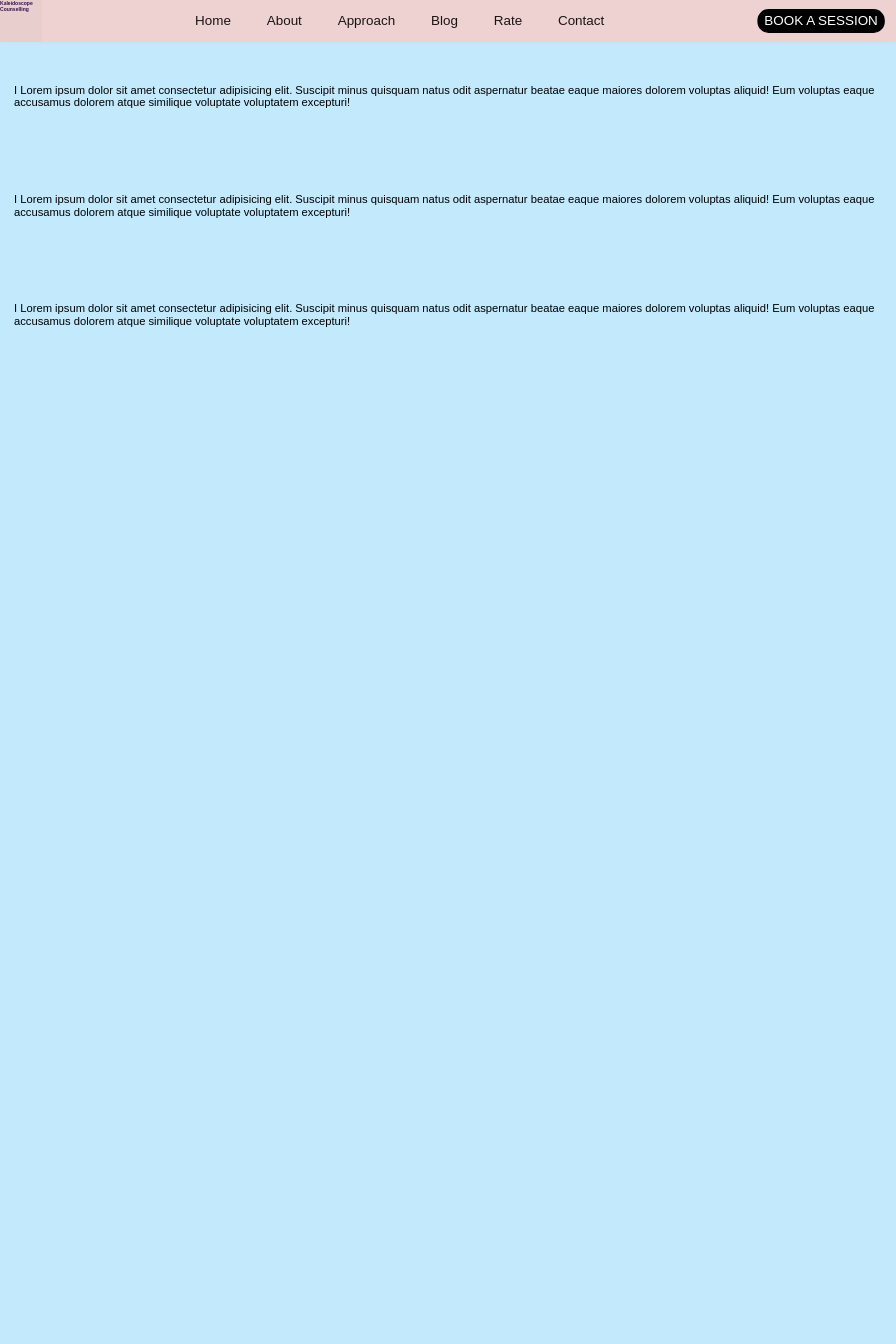
Repository: voutadi/ava-website
Page: index.html
These files come from the project's save history. The page is drawn as it stood at one moment and after the next save; the edit follows.
The browser window is 1280 px wide. The pictures show the part of the page from y = 0 to 1920 px (the page is 3120 px tall), at 70% of full size.

Above is the page before, as saved 2024-07-05 23:00:21.

### index.html
<!DOCTYPE html>
<html lang="en">
  <head>
    <meta charset="UTF-8" />
    <meta name="viewport" content="width=device-width, initial-scale=1.0" />
    <link rel="stylesheet" href="styles/style.css" />

    <title>Kaleidoscope Counselling</title>
  </head>
  <body>
    <header>
      <div class="logo-container">
        <div class="logo">
          Kaleidoscope <br />
          Counselling
        </div>
      </div>
      <nav class="navbar">
        <ul>
          <li><a href="#home">Home</a></li>
          <li><a href="#about">About</a></li>
          <li><a href="#approach">Approach</a></li>
          <li><a href="#blog">Blog</a></li>
          <li><a href="#rate">Rate</a></li>
          <li><a href="#contact">Contact</a></li>
        </ul>
      </nav>
      <button>BOOK A SESSION</button>
    </header>



    <p>
      I Lorem ipsum dolor sit amet consectetur adipisicing elit. Suscipit minus
      quisquam natus odit aspernatur beatae eaque maiores dolorem voluptas
      aliquid! Eum voluptas eaque accusamus dolorem atque similique voluptate
      voluptatem excepturi!
    </p>
    <p>
      I Lorem ipsum dolor sit amet consectetur adipisicing elit. Suscipit minus
      quisquam natus odit aspernatur beatae eaque maiores dolorem voluptas
      aliquid! Eum voluptas eaque accusamus dolorem atque similique voluptate
      voluptatem excepturi!
    </p>
    <p>
      I Lorem ipsum dolor sit amet consectetur adipisicing elit. Suscipit minus
      quisquam natus odit aspernatur beatae eaque maiores dolorem voluptas
      aliquid! Eum voluptas eaque accusamus dolorem atque similique voluptate
      voluptatem excepturi!
    </p>
  </body>
</html>

### styles/style.css
* {
  margin: 0;
  padding: 0;
  box-sizing: border-box;
}
body {
   background-color: #c3e9fd;
  height: 3000px;
  font-family: Arial, Helvetica, sans-serif;
  font-size: 1rem;
}
header {
  max-width: 100%; /*Make sure Take all of her parent element(body)on all different devices .*/
  height: 60px;
  position: fixed;
  top: 0;
  left: 0;
  right: 0;
  background-color: #eed2d2;

  display: flex;
  justify-content: space-between;
  align-items: center;

  box-shadow: 0 2px 4px rgba(243, 172, 172, 0.15); /* Adds a subtle shadow for depth, optional */
}
.logo-container {
  width: 60px;/* Put condition for smaller or biger divice*/


  background-color: #e9cece;
  height: 60px;
}
.logo {
  color: rgb(50, 21, 77);
  font-size: 0.45rem;
  font-weight: bold;
}

.navbar ul {
  display: flex;
  flex: 1;
  justify-content: center;
  list-style-type: none;
  flex-wrap: wrap;
}
.navbar li {
  display: flex;
  justify-content: end;
  margin: 1rem;
}
.navbar a {
  font-size: 20px;
  color: rgb(25, 20, 20);
  font-weight: 500;

  text-decoration: none;
}
.navbar a:hover {
  background-color: rgb(192, 175, 175);
  padding: 2px 4px;
  border-radius: 6px;
  transition: 0.15s;
}

.navbar a:active {
  background-color: rgb(176, 163, 163);




}

button {
  background-color: black;
  color: rgb(255, 255, 255);
  font-size: 1rem;
  padding: 8px 12px;
  margin-right: 1rem;
  border-width: 2px;
  border-style: solid;
  border-radius: 20px;
  cursor: pointer;
}
button:hover {
  background-color:white;

  color:black;
  transition: 0.15s;
  padding: 12px 18px;
}
button:active {
  padding: 18px 24px;
}
p {
  margin-top: 120px;
  margin-left: 20px;
}
@media (max-width: 380px) {
  body {
    font-size: 0.35rem;
  }
   /* Smaller font size */

  }


  button {
    font-size: 0.45rem;
    padding: 2px;
    margin-right: 0.3rem;

  }
  button:hover {
    font-size: 0.45rem;
    padding: 2px;


  }
  button:active {
    padding: 3px;
  }
  .navbar li {
    margin: 0.18rem;
  }
  .navbar a {
    font-size: 0.5rem;
  }


@media (min-width: 381px) and (max-width: 600px) {
  body {
    font-size: 0.5rem;
  } /* Smaller font size */
  button {
    font-size: 0.5rem;
    padding: 2px 4px;
    margin-right: 0.5rem;
    border-radius: 10px;
  }
  button:hover {
    font-size: 0.5rem;
    padding: 2px;
  }
  button:active {
    padding: 3px;
  }
  .navbar li {
    margin: 0.3rem;
  }
  .navbar a {
    font-size: 0.6rem;
  }
}
@media (min-width: 601px) and (max-width: 900px) {
  body {
    font-size: 0.75rem;
  } /* Smaller font size */
  button {
    font-size: 0.75rem;
    padding: 2px 4px;
    margin-right: 0.75rem;
    border-radius: 10px;
  }
  button:hover {
    font-size: 0.75rem;
    padding: 2px;
  }
  button:active {
    padding: 3px;
  }
  .navbar li {
    margin: 0.5rem;
  }
  .navbar a {
    font-size: 0.8rem;
  }
}
@media (min-width:901px){
  .navbar a {
    font-size: 1.2rem;


  }
  .navbar li {
    margin: 1.6rem;
  }
  button {
    font-size: 1.2rem;
    font-weight: 600px;

    padding: 4px 8px;
    margin-right: 1rem;
    border-radius: 16px;

  }
  button:hover {
    font-size: 1.4rem;
    padding: 6px 10px;
  }
  button:active {
    padding: 3px;
  }


}

After the next save:
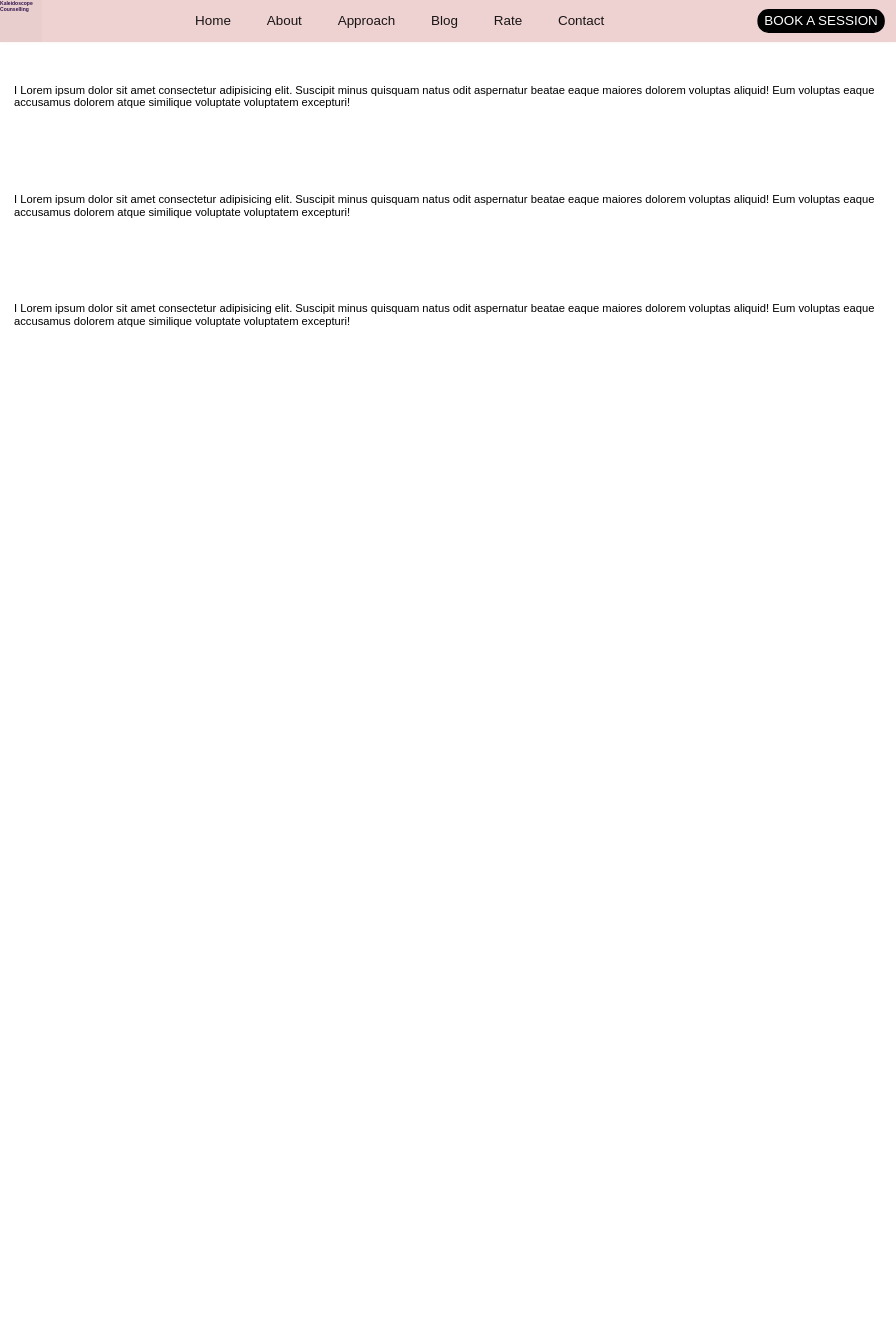
Saved 25 min 40 s later.
--- a/styles/style.css
+++ b/styles/style.css
@@ -4,7 +4,7 @@
   box-sizing: border-box;
 }
 body {
-   background-color: #c3e9fd;
+   background-c#c3e9fd;
   height: 3000px;
   font-family: Arial, Helvetica, sans-serif;
   font-size: 1rem;
